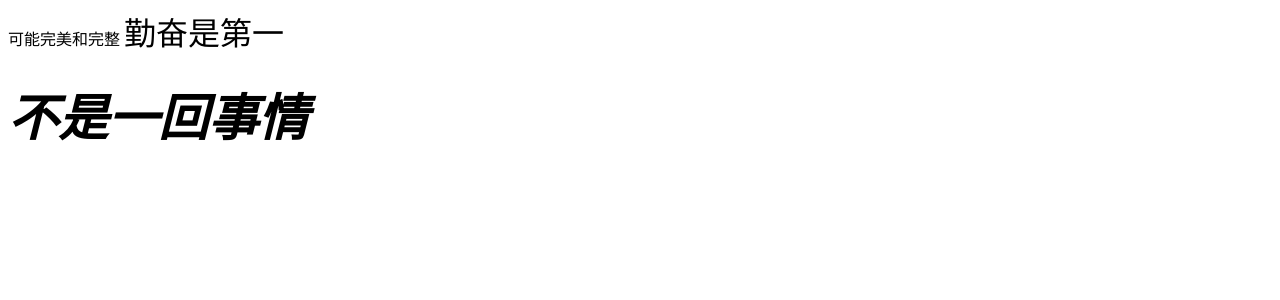
Repository: yuquan1006/-
Page: 02_css/demo.html
These files come from the project's save history. The page is drawn as it stood at one moment and after the next save; the edit follows.
The browser window is 1280 px wide. The pictures show the whole page.

Above is the page before, as saved 2023-06-26 10:31:29.

### 02_css/demo.html
<!DOCTYPE html>
<html lang="en">
<head>
    <meta charset="UTF-8">
    <meta name="viewport" content="width=device-width, initial-scale=1.0">
    <title>Document</title>
    <style type="text/css">
        label{
            font-size: 200%; /* 文字大小是周围文字大小的两倍 */
        }
        p{
            font-size: 50px;
            line-height: 30px;
            font-family:  幼圆,黑体;
            font-style: italic;
            font-weight: bold;
            font-variant: small-caps;
        }
    </style>
</head>
<body>
    <div>
        可能完美和完整
        <label>勤奋是第一</label>
        <p>不是一回事情</p>
    </div>

    <!-- 字体属性-->

</body>
</html>

After the next save:
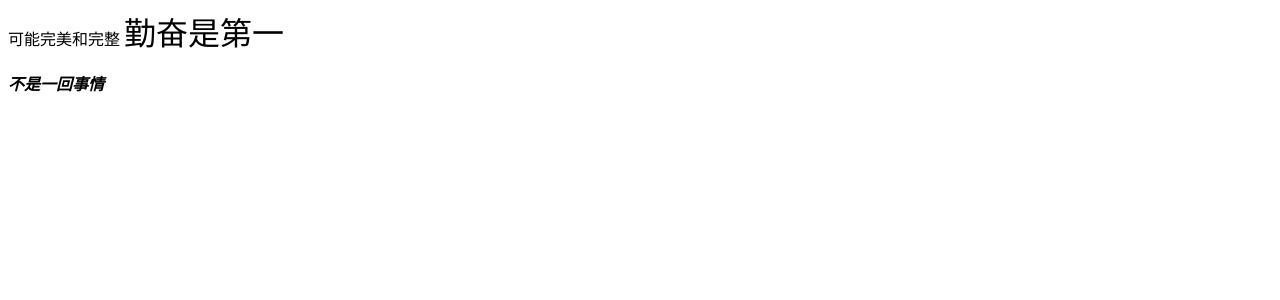
Saved 15 s later.
--- a/02_css/demo.html
+++ b/02_css/demo.html
@@ -9,7 +9,7 @@
             font-size: 200%; /* 文字大小是周围文字大小的两倍 */
         }
         p{
-            font-size: 50px;
+            font-size: 16px;
             line-height: 30px;
             font-family:  幼圆,黑体;
             font-style: italic;

After the save that followed:
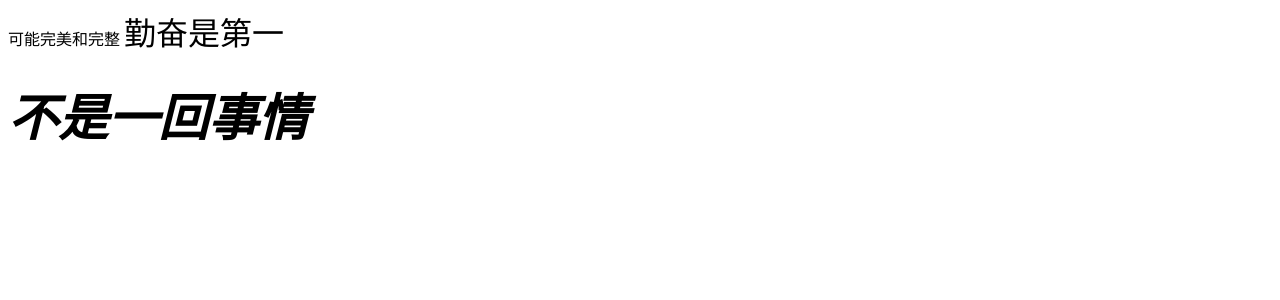
Saved 17 s later.
--- a/02_css/demo.html
+++ b/02_css/demo.html
@@ -8,14 +8,15 @@
         label{
             font-size: 200%; /* 文字大小是周围文字大小的两倍 */
         }
+
         p{
-            font-size: 16px;
-            line-height: 30px;
-            font-family:  幼圆,黑体;
-            font-style: italic;
-            font-weight: bold;
-            font-variant: small-caps;
-        }
+	font-size: 50px; 		/*字体大小*/
+	line-height: 30px;      /*行高*/
+	font-family: 幼圆,黑体; 	/*字体类型：如果没有幼圆就显示黑体，没有黑体就显示默认*/
+	font-style: italic ;		/*italic表示斜体，normal表示不倾斜*/
+	font-weight: bold;	/*粗体*/
+	font-variant: small-caps;  /*小写变大写*/
+}
     </style>
 </head>
 <body>
